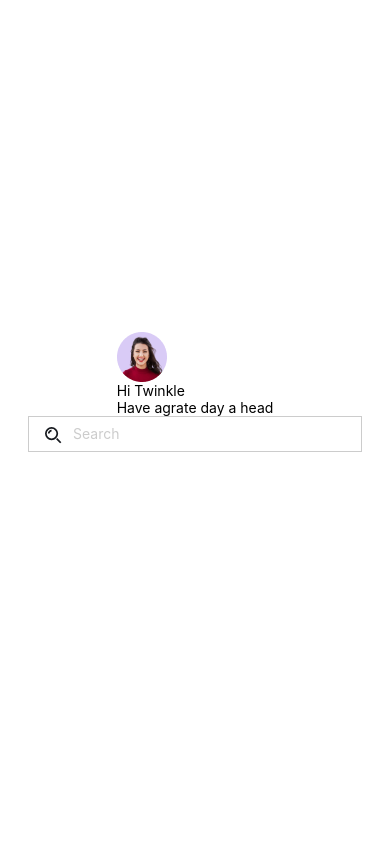
Repository: tungcutte35/TH_ReactNative_Tuan7
Screen: /Todos
An editor plug-in stored every save of this project. The screen is shown before and after the next save, followed by the edit.
The app was drawn by React Native's web renderer in a window 390 px wide. The project was rebuilt for these pictures with package versions that can differ from the ones it lists, and the page was loaded fresh each time.

Above is the screen before, as saved 2023-10-30 16:52:50.

After the next save:
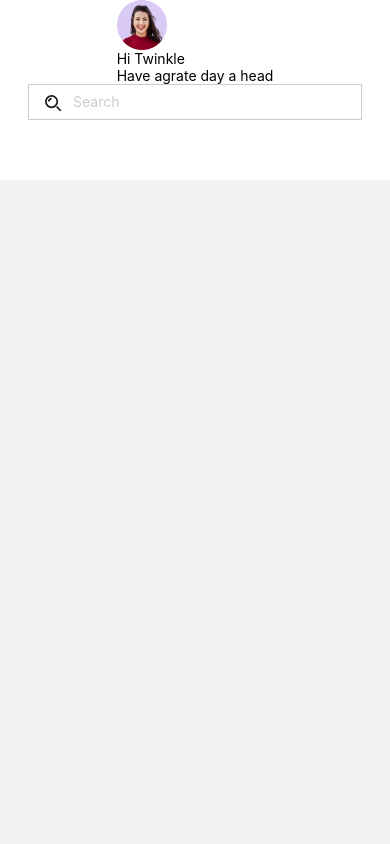
Saved 15 s later.
--- a/components/Todos.js
+++ b/components/Todos.js
@@ -22,7 +22,7 @@ const Todos = () => {
 };
 const styles = StyleSheet.create({
   container: {
-    flex: 1,
+    // flex: 1,
     backgroundColor: "#fff",
     alignItems: "center",
     justifyContent: "center",
